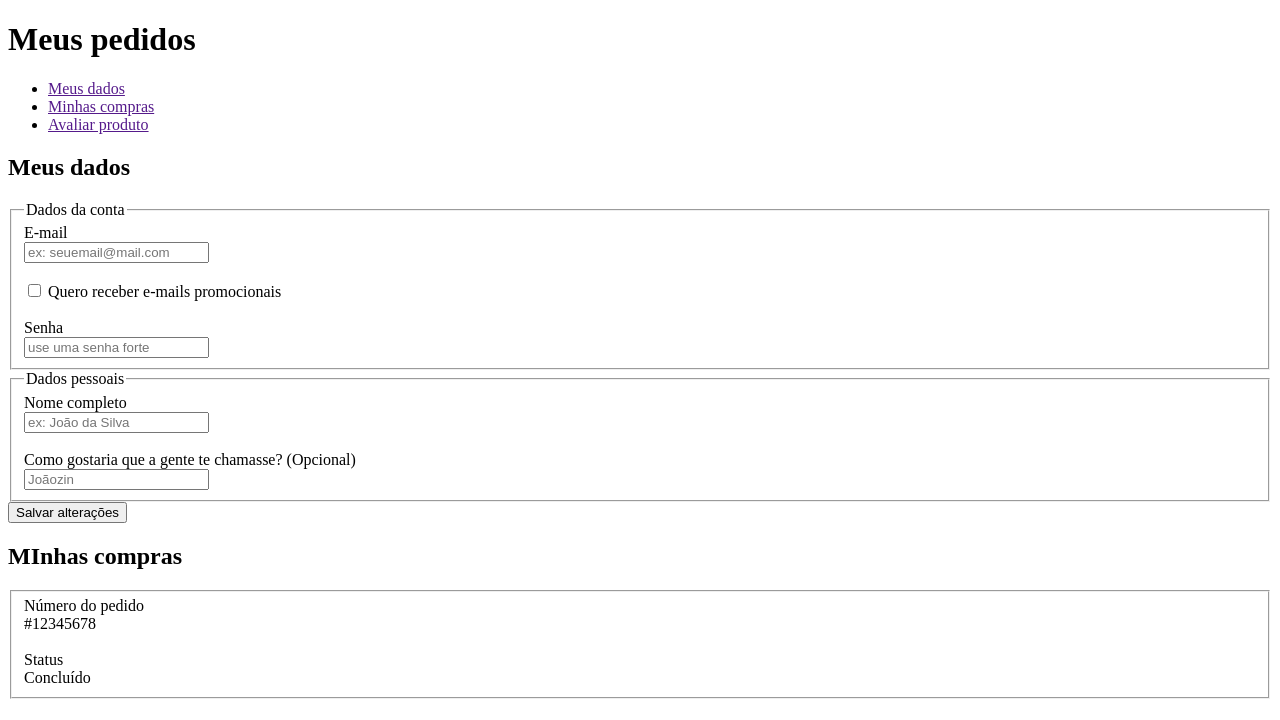
Repository: claudemir-camargo/site-compras
Page: index.html
These files come from the project's save history. The page is drawn as it stood at one moment and after the next save; the edit follows.
The browser window is 1280 px wide. The pictures show the whole page.

Above is the page before, as saved 2024-03-03 14:00:30.

After the next save:
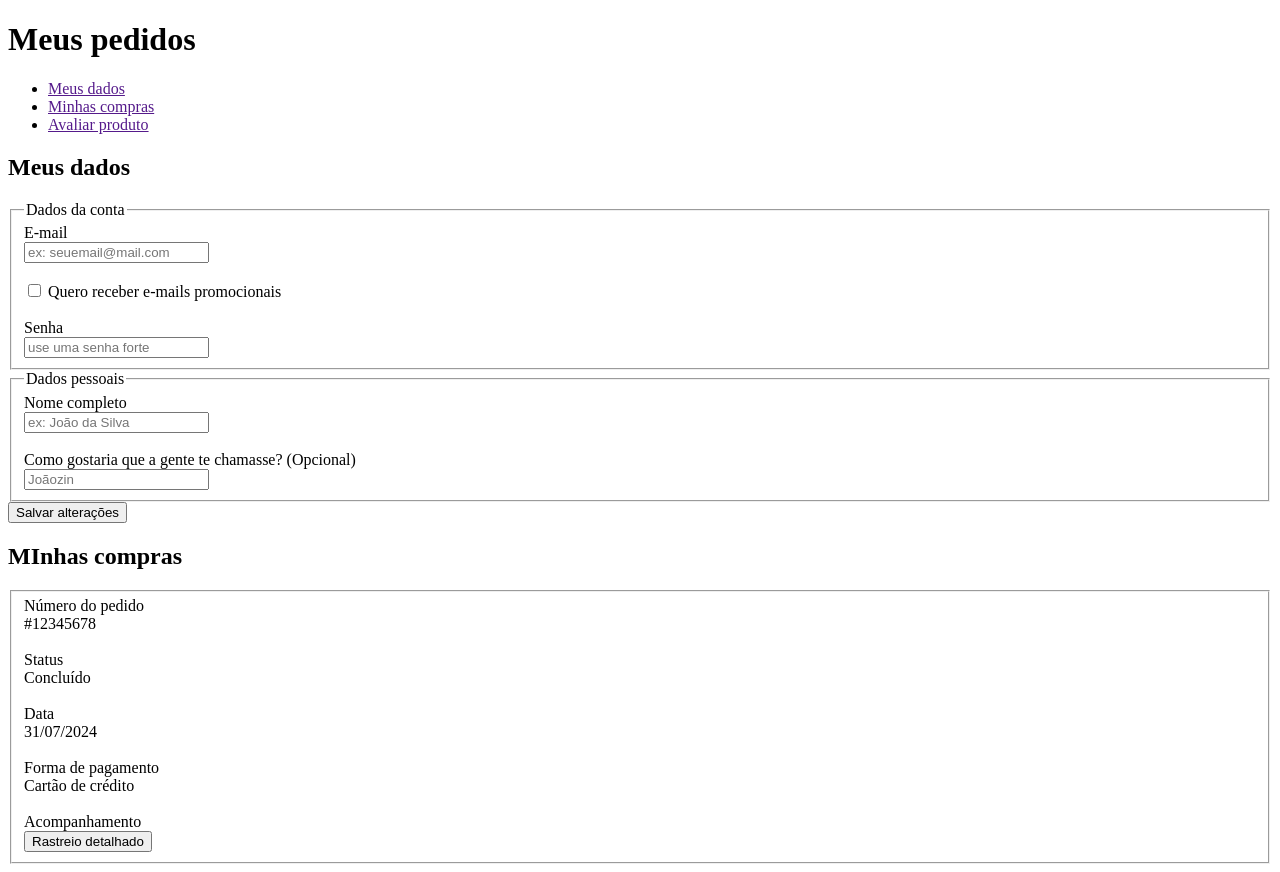
Saved 2 min 34 s later.
--- a/index.html
+++ b/index.html
@@ -42,7 +42,13 @@
         Número do pedido<br>
         #12345678<br><br>
         Status<br>
-        Concluído
+        Concluído<br><br>
+        Data<br>
+        31/07/2024<br><br>
+        Forma de pagamento<br>
+        Cartão de crédito<br><br>
+        Acompanhamento<br>
+        <button>Rastreio detalhado</button>
     </fieldset>
 
 
